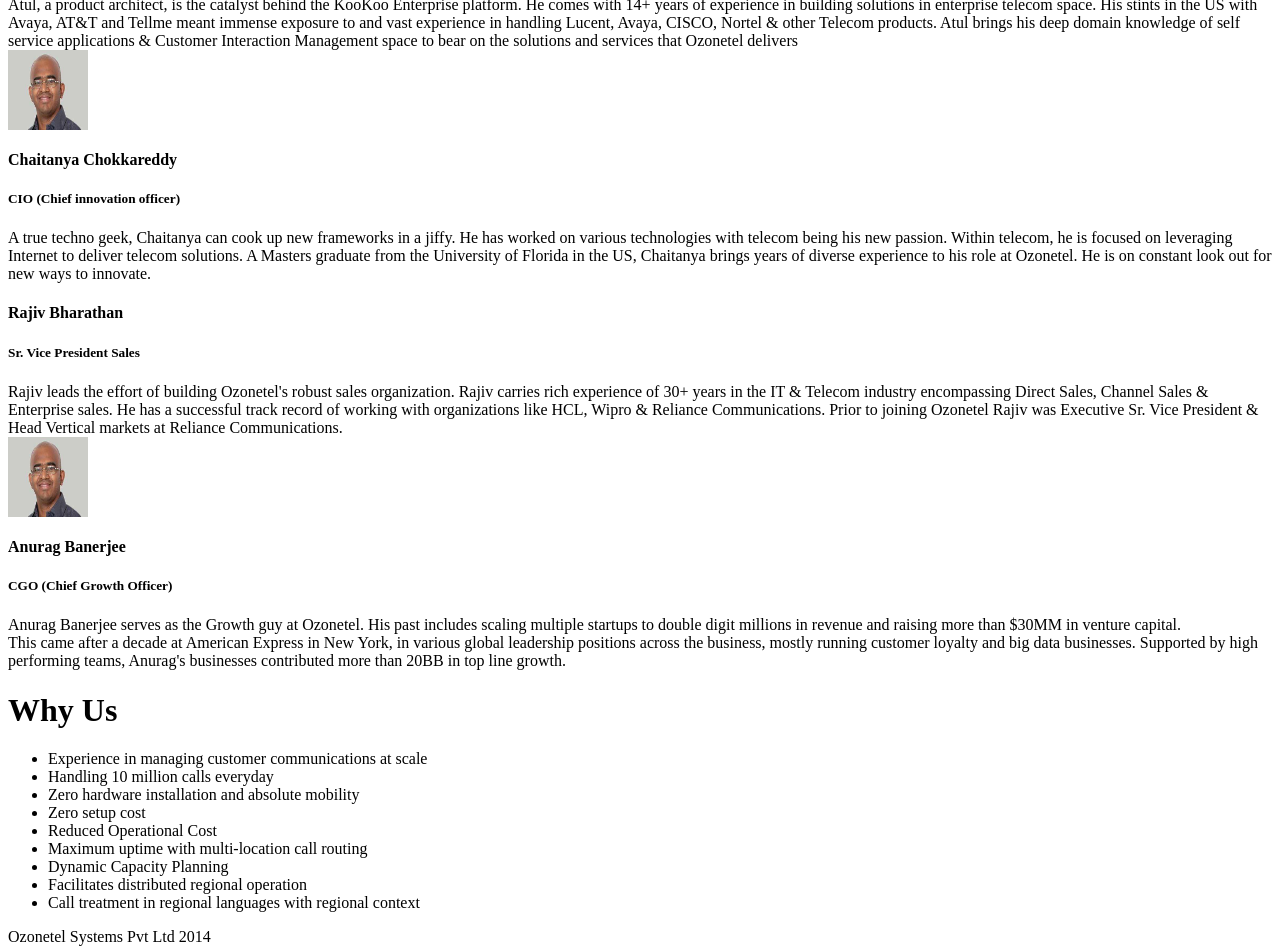
Repository: ashutosh238/ozonetelblogsite
Page: OzonetelBlogSiteFrontEnd/Web/c_aboutUs/AboutUs.html
The author's editor kept a copy of each file at every save. The page is drawn from the files as they stood at one save, then again after the next save.
The browser window is 1280 px wide. The pictures show the part of the page from y = 1086 to 2038 px (the page is 2462 px tall).
A picture or video elsewhere on the page could not be fetched, so the positions and the page height are approximate.

Above is the page before, as saved 2019-01-08 12:05:32.

After the next save:
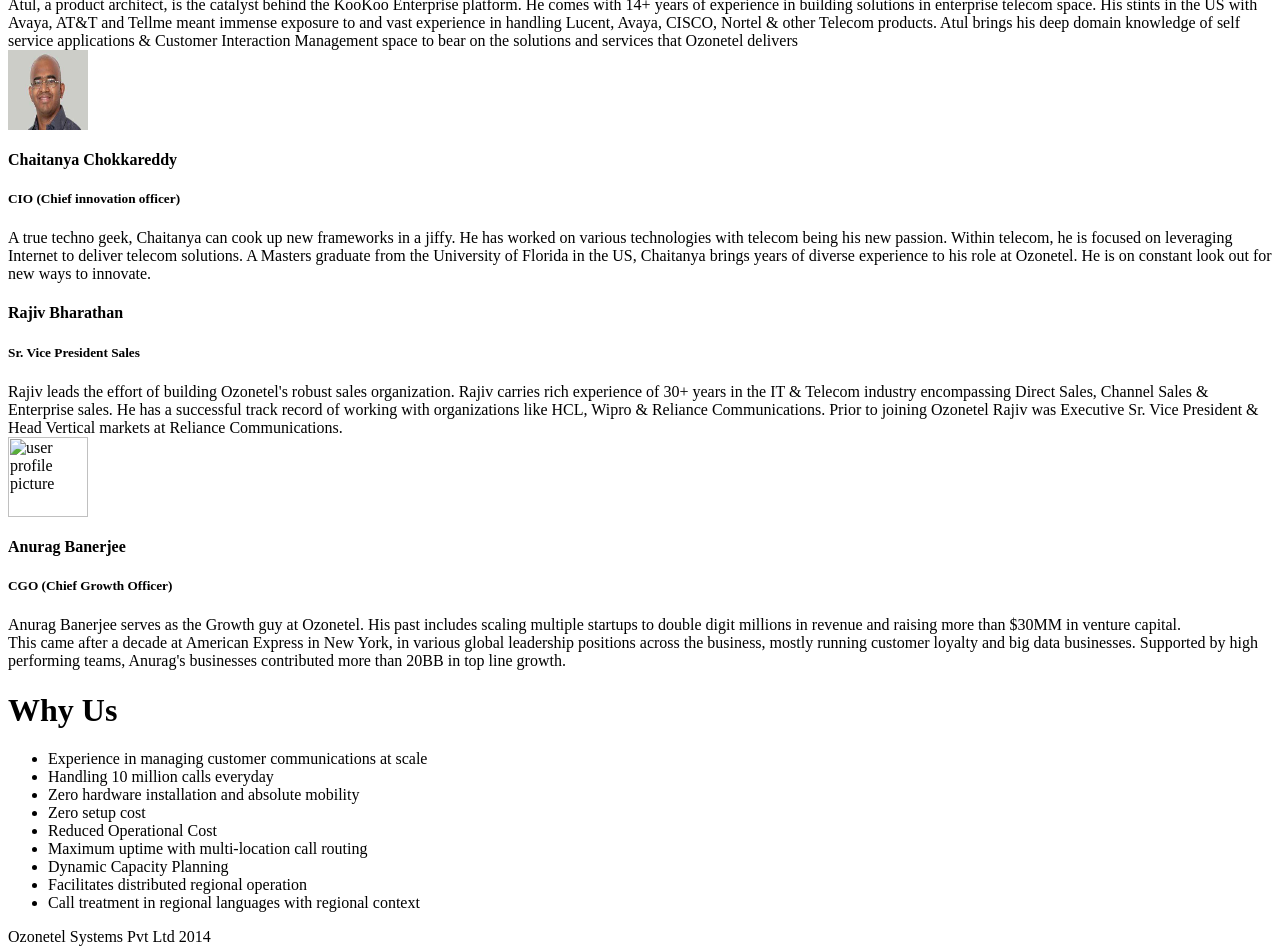
Not found: OzonetelBlogSiteFrontEnd/Web/c_aboutUs/Anurag.jpg
Saved 60 s later.
--- a/OzonetelBlogSiteFrontEnd/Web/c_aboutUs/AboutUs.html
+++ b/OzonetelBlogSiteFrontEnd/Web/c_aboutUs/AboutUs.html
@@ -156,7 +156,7 @@
 					</div>
 					<div class="col-md-6">
 						<div class="jumbotron">
-						<div> <img src="chet.jpg" style="width:80px;height:80px;padding:0;margin:0;" alt="user profile picture">
+						<div> <img src="Anurag.jpg" style="width:80px;height:80px;padding:0;margin:0;" alt="user profile picture">
 
 						<h4 class="text-primary">Anurag Banerjee</h4>
 						<h5 class="text-primary">CGO (Chief Growth Officer)</h5>
